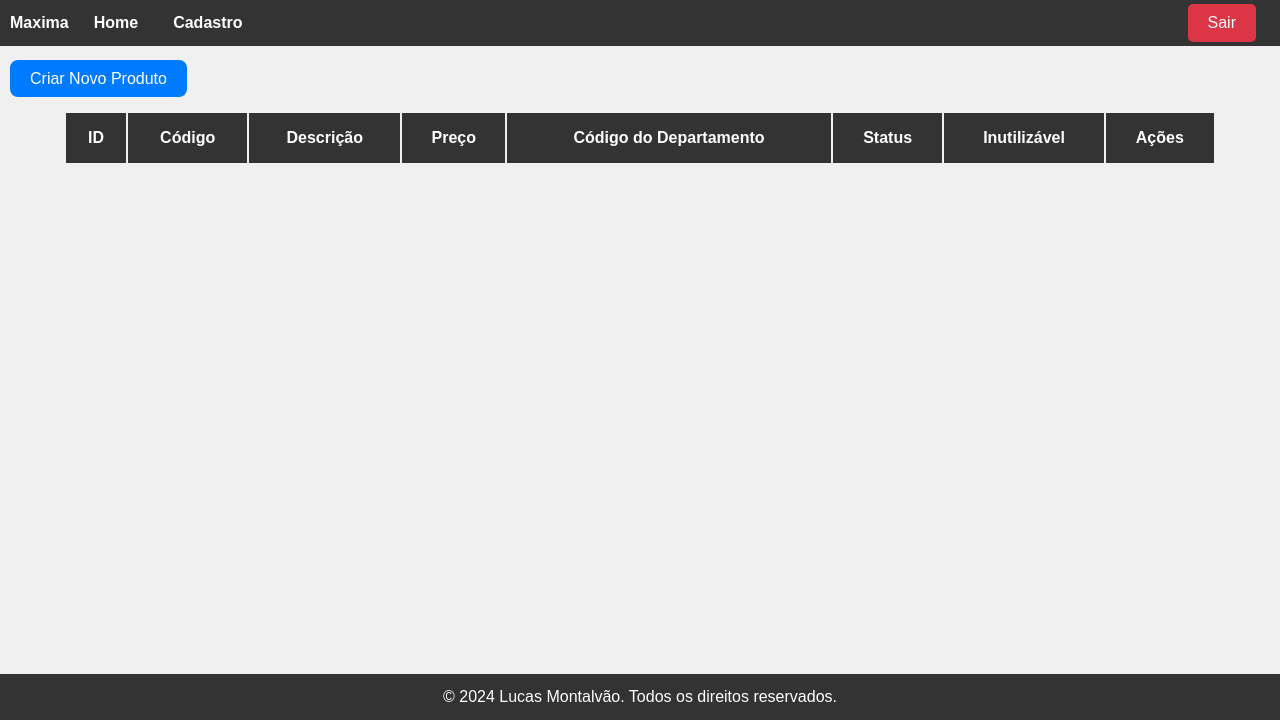
Repository: LucasMontalvao1/ProjetoMaxima
Page: /produto (app in AngularMaxima/)
These files come from the project's save history. The page is drawn as it stood at one moment and after the next save; the edit follows.
The browser window is 1280 px wide. The pictures show the whole page.
The page's requests for data from a server got no answer. The project was rebuilt for these pictures with package versions that can differ from the ones it lists, and the page was loaded fresh each time. No one was signed in, and anything a server would have sent is missing. Also part of the build but not shown: AngularMaxima/angular.json, AngularMaxima/src/app/pages/login/login.component.ts, AngularMaxima/src/app/pages/home/home.component.ts.

Above is the page before, as saved 2024-07-14 20:22:25.

After the next save:
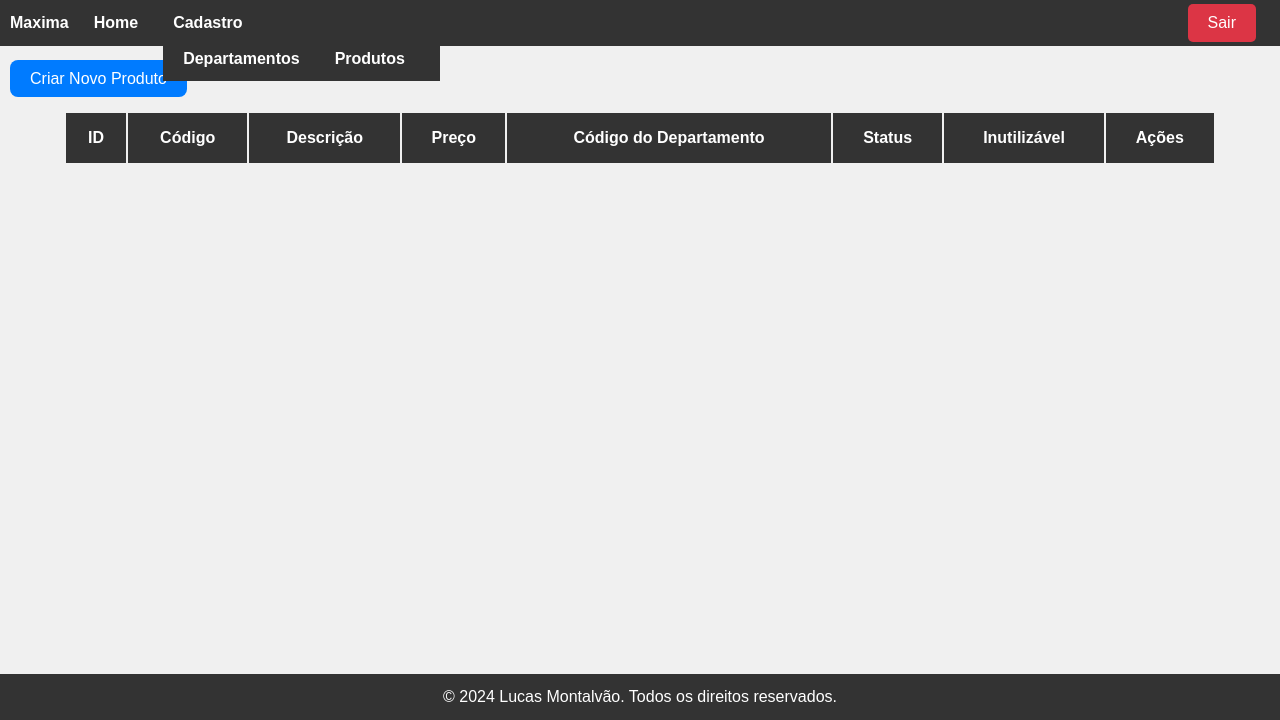
Saved 38 s later.
--- a/AngularMaxima/src/app/layout/menu/menu.component.html
+++ b/AngularMaxima/src/app/layout/menu/menu.component.html
@@ -5,10 +5,10 @@
       <li><a routerLink="/home">Home</a></li>
       <li class="cadastro">
         <a href="#">Cadastro</a>
-        <div class="submenu">
-          <a routerLink="/produto">Produtos</a>
-          <a routerLink="/departamento">Departamentos</a>
-        </div>
+        <ul class="submenu">
+          <li><a routerLink="/departamento">Departamentos</a></li>
+          <li><a routerLink="/produto">Produtos</a></li>
+        </ul>
       </li>
     </ul>
   </nav>
